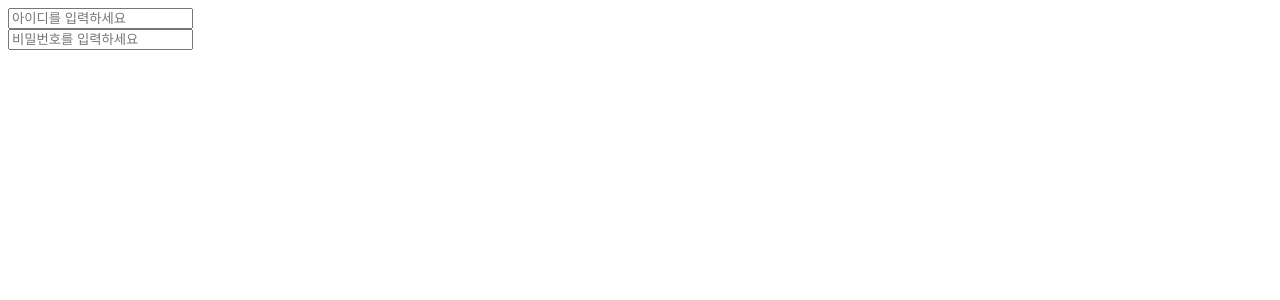
Repository: rmh6363/javastudy
Page: HelloWorld/WebContent/c.html
The author's editor kept a copy of each file at every save. The page is drawn from the files as they stood at one save, then again after the next save.
The browser window is 1280 px wide. The pictures show the whole page.

Above is the page before, as saved 2020-12-04 05:49:27.

### HelloWorld/WebContent/c.html
<!DOCTYPE html>
<html>
<head>
<meta charset="UTF-8">
<title>Insert title here</title>
</head>
<body>
<form action="a.html">
<input name = "id" placeholder="아이디를 입력하세요">
   <br>
   <input name = "pw" placeholder="비밀번호를 입력하세요">




</form>



</body>
</html>

After the next save:
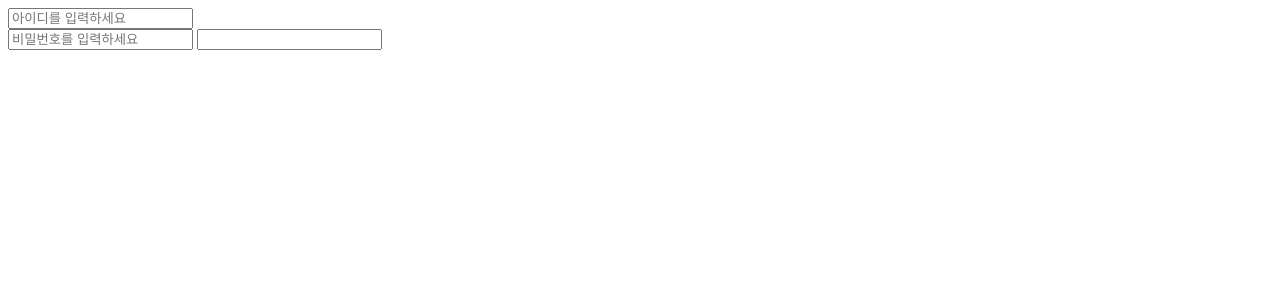
Saved 61 s later.
--- a/HelloWorld/WebContent/c.html
+++ b/HelloWorld/WebContent/c.html
@@ -6,9 +6,10 @@
 </head>
 <body>
 <form action="a.html">
-<input name = "id" placeholder="아이디를 입력하세요">
+   <input name = "id" placeholder="아이디를 입력하세요">
    <br>
    <input name = "pw" placeholder="비밀번호를 입력하세요">
+   <input type="로그인">
 
 
 
